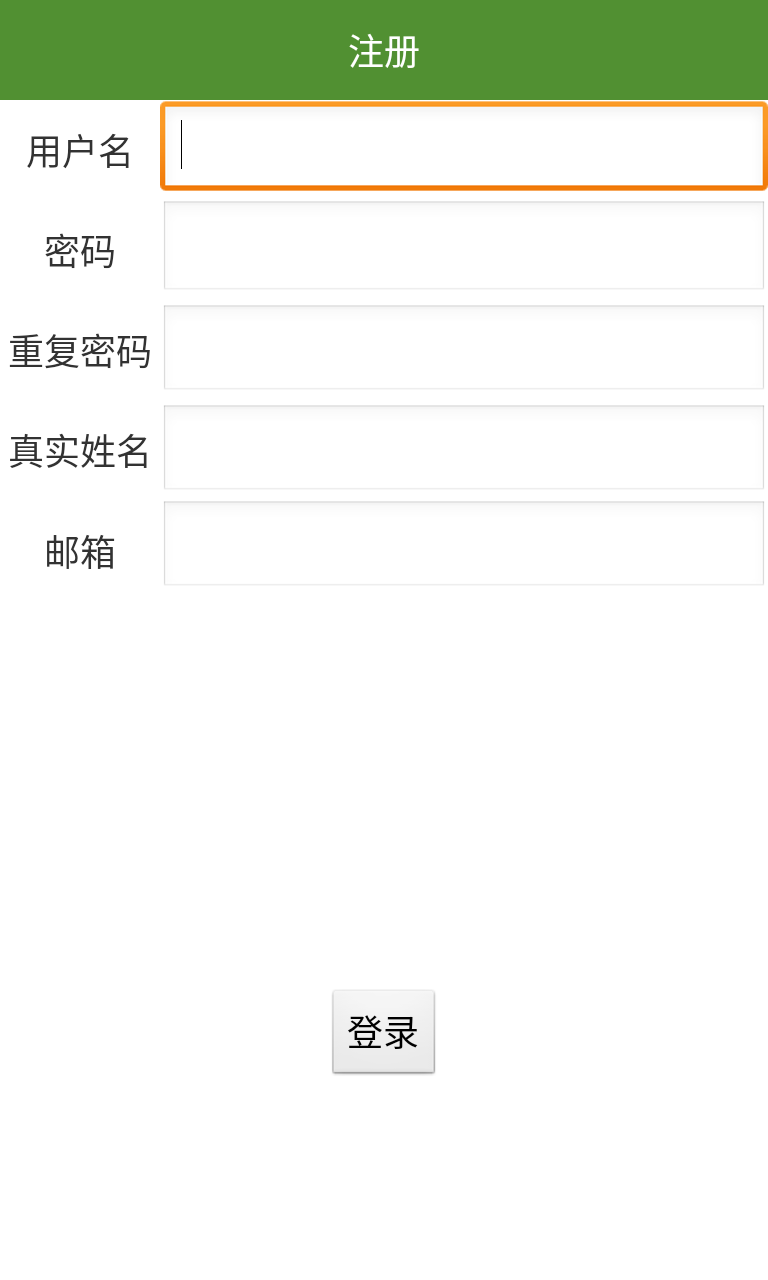
Repository: xuelang201201/Android
Layout: Android网络/android_day03_ems/res/layout/activity_register.xml
These files come from the project's save history. The layout is drawn as it stood at one moment and after the next save; the edit follows.
It is drawn on a 768 x 1280 px phone screen (xhdpi) without system bars, with theme android:Theme.Light.NoTitleBar; the app's code is not run.

Above is the layout before, as saved 2016-03-03 10:11:31.

### Android网络/android_day03_ems/res/layout/activity_register.xml
<RelativeLayout xmlns:android="http://schemas.android.com/apk/res/android"
    xmlns:tools="http://schemas.android.com/tools"
    android:layout_width="match_parent"
    android:layout_height="match_parent"
    tools:context=".AddEmpActivity" >

    <TextView
        android:id="@+id/tv_add_emp_title"
        android:layout_width="match_parent"
        android:layout_height="50dp"
        android:background="#519032"
        android:gravity="center"
        android:text="注册"
        android:textColor="#ffffff"
        android:textSize="18sp" />

    <TextView
        android:id="@+id/tv_login_emp_username"
        android:layout_width="80dp"
        android:layout_height="50dp"
        android:layout_alignParentLeft="true"
        android:layout_below="@+id/tv_add_emp_title"
        android:gravity="center"
        android:text="用户名"
        android:textSize="18sp" />

    <EditText
        android:id="@+id/et_login_emp_username"
        android:layout_width="wrap_content"
        android:layout_height="wrap_content"
        android:layout_alignBottom="@+id/tv_login_emp_username"
        android:layout_alignParentRight="true"
        android:layout_below="@+id/tv_add_emp_title"
        android:layout_toRightOf="@+id/tv_login_emp_username"
        android:ems="10"
        android:singleLine="true" >

        <requestFocus />
    </EditText>

    <TextView
        android:id="@+id/tv_login_emp_pwd"
        android:layout_width="80dp"
        android:layout_height="50dp"
        android:layout_below="@+id/tv_login_emp_username"
        android:gravity="center"
        android:text="密码"
        android:textSize="18sp" />

    <TextView
        android:id="@+id/tv_login_emp_code"
        android:layout_width="80dp"
        android:layout_height="50dp"
        android:layout_below="@+id/tv_login_emp_pwd"
        android:layout_toLeftOf="@+id/et_login_emp_pwd"
        android:gravity="center"
        android:text="重复密码"
        android:textSize="18sp" />

    <EditText
        android:id="@+id/et_login_emp_pwd"
        android:layout_width="wrap_content"
        android:layout_height="wrap_content"
        android:layout_alignBottom="@+id/tv_login_emp_pwd"
        android:layout_alignParentRight="true"
        android:layout_alignTop="@+id/tv_login_emp_pwd"
        android:layout_toRightOf="@+id/tv_login_emp_pwd"
        android:ems="10"
        android:inputType="textPassword"
        android:singleLine="true" />

    <RadioGroup
        android:id="@+id/rg_add_emp_gender"
        android:layout_width="wrap_content"
        android:layout_height="wrap_content"
        android:layout_below="@+id/tv_login_emp_code"
        android:layout_toRightOf="@+id/tv_login_emp_code"
        android:orientation="horizontal" >
    </RadioGroup>

    <EditText
        android:id="@+id/EditText01"
        android:layout_width="wrap_content"
        android:layout_height="wrap_content"
        android:layout_above="@+id/rg_add_emp_gender"
        android:layout_alignLeft="@+id/rg_add_emp_gender"
        android:layout_alignParentRight="true"
        android:ems="10"
        android:inputType="textPassword"
        android:singleLine="true" />

    <Button
        android:id="@+id/btn_login_emp"
        android:layout_width="wrap_content"
        android:layout_height="wrap_content"
        android:layout_alignParentBottom="true"
        android:layout_centerHorizontal="true"
        android:layout_marginBottom="98dp"
        android:onClick="doClick"
        android:text="登录"
        android:textSize="18sp" />

    <TextView
        android:id="@+id/TextView01"
        android:layout_width="80dp"
        android:layout_height="50dp"
        android:layout_alignTop="@+id/rg_add_emp_gender"
        android:layout_toLeftOf="@+id/rg_add_emp_gender"
        android:gravity="center"
        android:text="真实姓名"
        android:textSize="18sp" />

    <EditText
        android:id="@+id/EditText02"
        android:layout_width="wrap_content"
        android:layout_height="wrap_content"
        android:layout_alignBottom="@+id/TextView01"
        android:layout_alignLeft="@+id/rg_add_emp_gender"
        android:layout_alignParentRight="true"
        android:ems="10"
        android:inputType="textPersonName"
        android:singleLine="true" />

    <EditText
        android:id="@+id/EditText03"
        android:layout_width="wrap_content"
        android:layout_height="wrap_content"
        android:layout_alignLeft="@+id/EditText02"
        android:layout_alignParentRight="true"
        android:layout_below="@+id/EditText02"
        android:ems="10"
        android:inputType="textPersonName"
        android:singleLine="true" />

    <TextView
        android:id="@+id/TextView02"
        android:layout_width="80dp"
        android:layout_height="50dp"
        android:layout_alignParentLeft="true"
        android:layout_alignTop="@+id/EditText03"
        android:gravity="center"
        android:text="邮箱"
        android:inputType="textEmailAddress"
        android:textSize="18sp" />

</RelativeLayout>

After the next save:
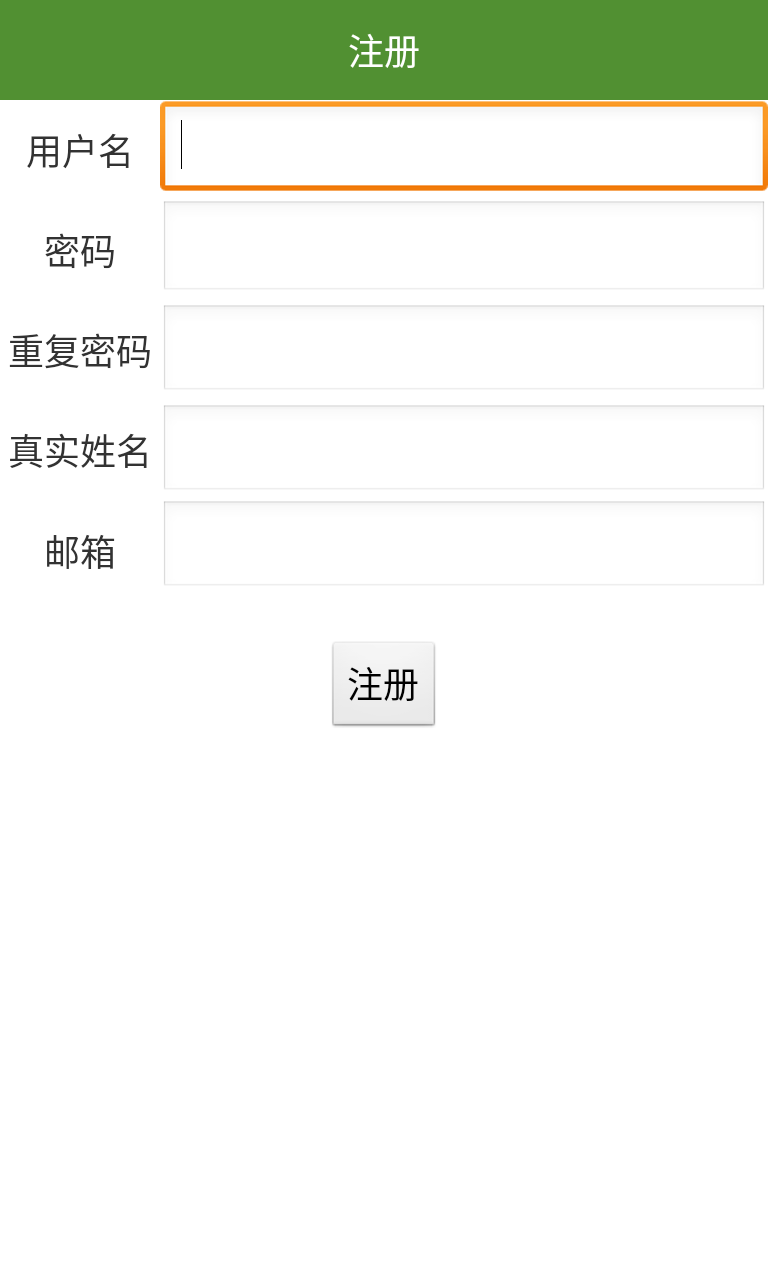
Saved 39 s later.
--- a/Android网络/android_day03_ems/res/layout/activity_register.xml
+++ b/Android网络/android_day03_ems/res/layout/activity_register.xml
@@ -89,17 +89,6 @@
         android:inputType="textPassword"
         android:singleLine="true" />
 
-    <Button
-        android:id="@+id/btn_login_emp"
-        android:layout_width="wrap_content"
-        android:layout_height="wrap_content"
-        android:layout_alignParentBottom="true"
-        android:layout_centerHorizontal="true"
-        android:layout_marginBottom="98dp"
-        android:onClick="doClick"
-        android:text="登录"
-        android:textSize="18sp" />
-
     <TextView
         android:id="@+id/TextView01"
         android:layout_width="80dp"
@@ -143,4 +132,15 @@
         android:inputType="textEmailAddress"
         android:textSize="18sp" />
 
+    <Button
+        android:id="@+id/btn_login_emp"
+        android:layout_width="wrap_content"
+        android:layout_height="wrap_content"
+        android:layout_below="@+id/TextView02"
+        android:layout_centerHorizontal="true"
+        android:layout_marginTop="20dp"
+        android:onClick="doClick"
+        android:text="注册"
+        android:textSize="18sp" />
+
 </RelativeLayout>
